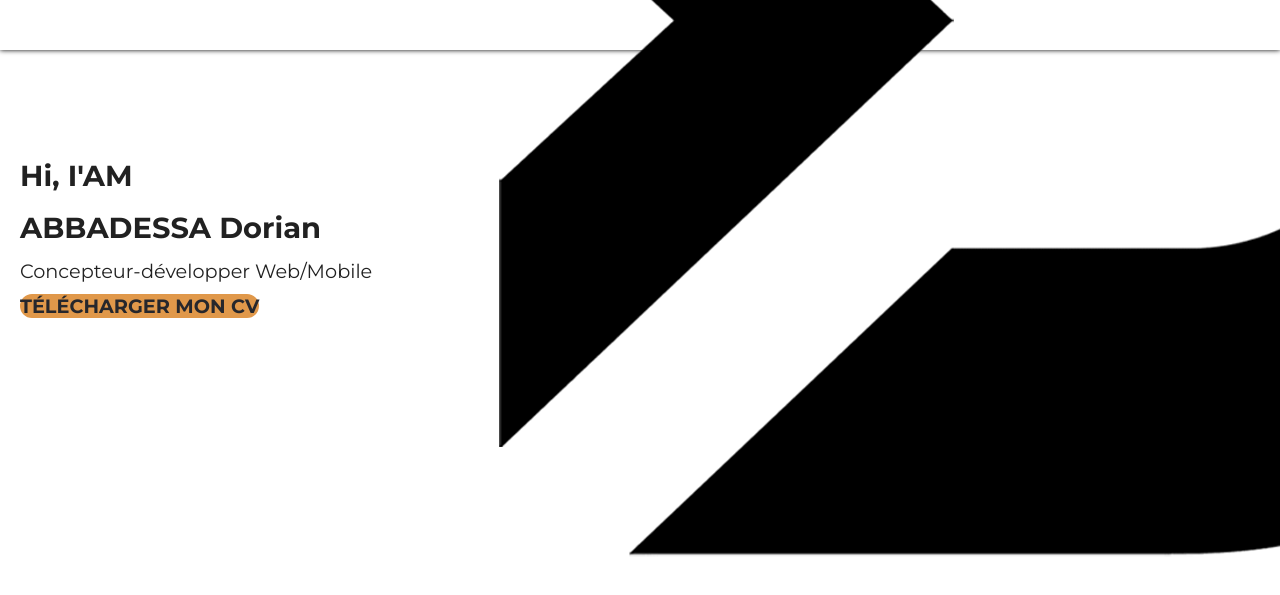
Repository: DorianABDS/Portfolio-ABBADESSA-Dorian
Page: index.html
An editor plug-in stored every save of this project. The page is shown before and after the next save, followed by the edit.
The browser window is 1280 px wide. The pictures show the window.
A layer covers the whole window, so only the first screen is drawn.

Above is the page before, as saved 2024-11-26 23:44:04.

### index.html
<!DOCTYPE html>
<html lang="fr">
<head>
    <meta charset="UTF-8">
    <meta name="viewport" content="width=device-width, initial-scale=1.0">
    <meta charset="UTF-8">
    <meta name="viewport" content="width=device-width, initial-scale=1.0">
    <meta name="keywords" content="Portfolio, ABBADESSA Dorian, Web developper">
    <title>ABBADESSA Dorian - Portfolio</title>
    <link rel="shortcute icon" href="/src/img/Logo Div.png">
    <link rel="stylesheet" href="style.css">
</head>
<body>
    <header class="header">
        <nav class="navbar">
            <a href="index.html" class="logo"><img src="/src/img/Logo plat Div noir.png" alt=""></a>
            <div class="nav-links">
                <ul>
                    <li><a href="index.html">Accueil</a></li>
                    <li><a href="articles.html">Articles</a></li>
                    <li><a href="apropos.html">À propos</a></li>
                    <li><a href="contact.html">Contact</a></li>
                </ul>
            </div>
            <img src="/src/img/bars-solid.svg" alt="menu hamburger" class="menu-hamburger">
        </nav>
        <!-- <div class="social">
            <a href="#" title="Facebook"><img src="/src/img/icone Github.png" alt=""></a>
            <a href="#" title="Twitter"><img src="src/img/icone Linkedin.png" alt=""></a>
        </div> -->
    </header>
    <main>
        <section class="accueil">
            <div class="contrainer-accueil">
                <h2>Hi, I'AM</h2>
                <h1><span>ABBADESSA Dorian</span></h1>
                <p>Concepteur-développer Web/Mobile</p>
                <a href="#">télécharger mon cv</a>
            </div>
        </section>
    </main>
</body>
<script>
    const menuHamburger = document.querySelector(".menu-hamburger")
    const navLinks = document.querySelector(".nav-links")
    const social = document.querySelector(".social")

    menuHamburger.addEventListener('click',()=>{
    navLinks.classList.toggle('mobile-menu')
    })
</script>
</html>

### style.css
@font-face {
    font-family: "Montserrat";
    src: url(/src/font/Montserrat-VariableFont_wght.ttf);
}

* {
    margin: 0;
    padding: 0;
    text-decoration: none;
    list-style: none;
    box-sizing: border-box;

}

html, body {
    font-size: 19.3px;
    color: rgba(0, 0, 0, .87);
    background-color: #fff;
    font-family: "Montserrat", sans-serif;
    line-height: 1.8;
    font-weight: 400;
}

.navbar {
    background: rgb(255, 255, 255);
    backdrop-filter: blur(10px);
    box-shadow: 0 0 5px rgb(0, 0, 0);;
    top: 0;
    left: 0;
    height: 50px;
    width: auto;
    position: fixed;
    padding-left: 30px;
    padding-right: 61px;
    width: 100%;
    display: flex;
    justify-content: space-between;
    align-items: center;
    z-index: 1;
}

.navbar a {
    color: #292929;
    font-weight: 700;
    display: inline;
}

.navbar .nav-links ul li a::after {
    content: "";
    display: block;
    height: 2px;
    background: rgb(255, 255, 255);
    transform: scale(0);
    transition: transform 0.2s ease-in-out;
}

.navbar .nav-links ul li a:hover::after {
    transform: scale(1);
}

.navbar .logo {
    transform: none;
    font-weight: 700;
}

.navbar .nav-links ul {
    display: flex;
    align-items: center;
}

.navbar .nav-links ul li {
    display: flex;
    margin: 0 25px;
}

.navbar .nav-links ul li img {
    display: flex;
    padding: -20px;
    margin-left: -23px;
}

.navbar .menu-hamburger {
    display: none;
    position: absolute;
    top: 8px;
    right: 30px;
    width: 30px;
}

.social a {
    border: solid;
}

.accueil {
    padding-top: 100px;
    margin-top: 50px;
    width: 100%;
    height: 100vh;
}

.contrainer-accueil {
    padding-left: 20px;
}

.contrainer-accueil a {
    font-family: "Montserrat", sans-serif;
    color: #26272C;
    text-transform: uppercase;
    text-decoration: none;
    font-weight: 700;
    font-size: 19.3px;
    margin-top: 10px;
    /* padding: 20px; */
    border-radius: 50px;
    border: 0;
    /* margin-top: 28px;
    margin-left: 172px; */
    background-color: #E0984A;
}

@media  screen and (max-width: 814px) {
    .navbar .menu-hamburger {
        display: block;
    }

    .nav-links.mobile-menu {
        margin-left: 0;
    }

    .navbar {
        padding: 0;
    }

    .navbar .logo {
        padding-left: 20px;
    }

    .navbar .logo img {
        display: flex;
        align-items: center;
        width: 50px;
    }

    .nav-links {
        position: absolute;
        background-color: rgba(255, 255, 255, 0.12);
        backdrop-filter: blur(8px);
        top: 0;
        left: 0;
        width: 100%;
        height: 100vh;
        display: flex;
        justify-content: center;
        align-items: center;
        margin-left: 100%;
        transition: all 0.5s ease;
    }

    .nav-links ul {
        display: flex;
        flex-direction: column;
        align-items: center;
    }

    .navbar .nav-links ul li {
        margin: 15px 0;
        font-size: 1.2em;
    }

    .accueil h2 {
        font-size: 22px;
        font-weight: 600;
        color: #292929;
    }

    .accueil h1 {
        display: inline-block;
        padding-right: 20px;
        line-height: 100%;
        font-size: 40px;
        letter-spacing: -2px;
        font-weight: 800;
        background: linear-gradient(90deg, rgba(255,50,50,1) 0%, rgba(255,136,0,1) 100%);
        -webkit-background-clip: text;
        -webkit-text-fill-color: transparent;
    }

    .accueil p {
        line-height: 150%;
        padding-right: 20px;
    }
}

### src/img/bars-solid.svg
<svg xmlns="http://www.w3.org/2000/svg" viewBox="0 0 448 512" fill="#353535"><!--!Font Awesome Free 6.7.0 by @fontawesome - https://fontawesome.com License - https://fontawesome.com/license/free Copyright 2024 Fonticons, Inc.--><path d="M0 96C0 78.3 14.3 64 32 64l384 0c17.7 0 32 14.3 32 32s-14.3 32-32 32L32 128C14.3 128 0 113.7 0 96zM0 256c0-17.7 14.3-32 32-32l384 0c17.7 0 32 14.3 32 32s-14.3 32-32 32L32 288c-17.7 0-32-14.3-32-32zM448 416c0 17.7-14.3 32-32 32L32 448c-17.7 0-32-14.3-32-32s14.3-32 32-32l384 0c17.7 0 32 14.3 32 32z"/></svg>

After the next save:
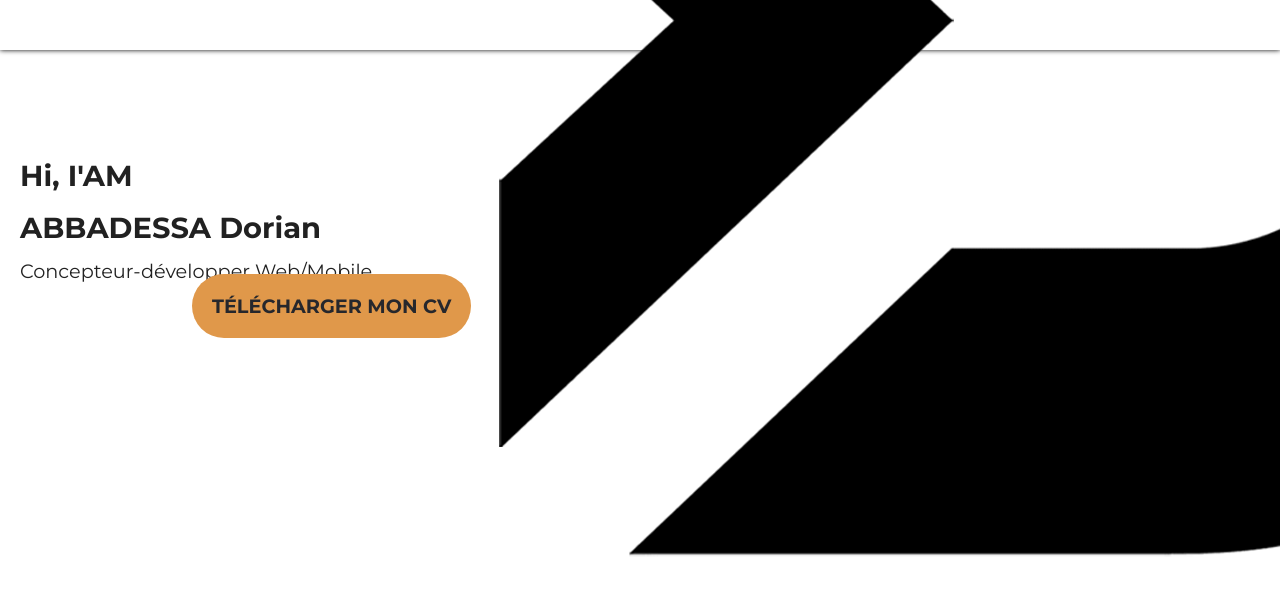
Saved 10 s later.
--- a/style.css
+++ b/style.css
@@ -109,12 +109,11 @@ html, body {
     text-decoration: none;
     font-weight: 700;
     font-size: 19.3px;
-    margin-top: 10px;
-    /* padding: 20px; */
+    padding: 20px;
     border-radius: 50px;
     border: 0;
-    /* margin-top: 28px;
-    margin-left: 172px; */
+    margin-top: 28px;
+    margin-left: 172px;
     background-color: #E0984A;
 }
 
